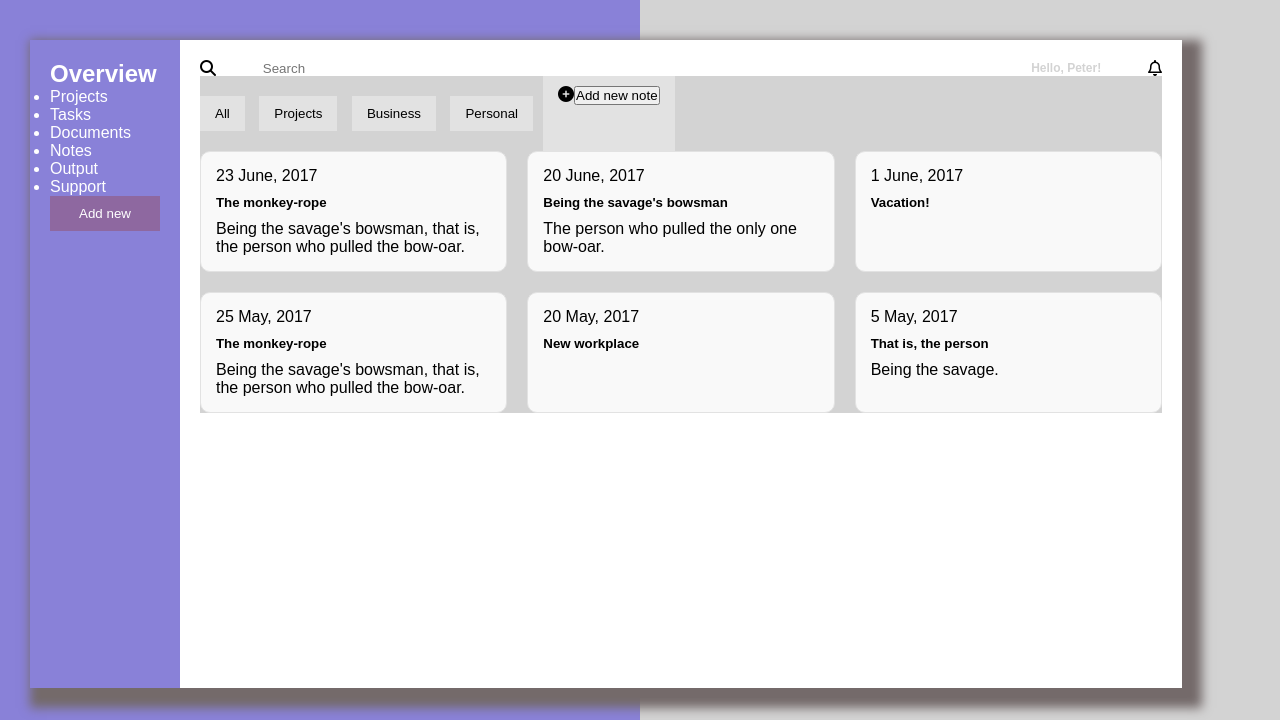
Repository: SatenikGabrielyan/HTML_CSS-_Assignment
Page: index.html
An editor plug-in stored every save of this project. The page is shown before and after the next save, followed by the edit.
The browser window is 1280 px wide. The pictures show the whole page.
Some web libraries are served in a nearby version.

Above is the page before, as saved 2025-03-17 21:11:16.

### index.html
<!DOCTYPE html>
<html lang="en">
  <head>
    <meta charset="UTF-8" />
    <meta name="viewport" content="width=device-width, initial-scale=1.0" />
    <title>Notes App</title>
    <link rel="stylesheet" href="./style.css" />
    <script src="https://kit.fontawesome.com/858d305f19.js" crossorigin="anonymous"></script>
</head>
  <body>
      <div class="cont">
          <div class="purp"></div>
          <div class="whit"></div>
      </div>
    <div class="container">
      <aside class="sidebar">
        <header>
            <h2>Overview</h2>
        </header>
        <nav>
            <ul>
                <li>Projects</li>
                <li>Tasks</li>
                <li>Documents</li>
                <li>Notes</li>
                <li>Output</li>
                <li>Support</li>
            </ul>
        </nav>
        <button class="add-new">Add new</button>
    </aside>

    <main class="main-content">
       <div class="header">
            <i class="fas fa-search"></i>  <input type="text" placeholder="Search">
            <h3>Hello, Peter!</h3> <i class="fa-regular fa-bell"></i>
    </div>
    <div class="proj">
        <div class="but">
        <div class="tabs">
            <button>All</button>
            <button>Projects</button>
            <button>Business</button>
            <button>Personal</button>
        </div>
        <div class="add">
            <i class="fa-solid fa-circle-plus"></i><button>Add new note</button>
        </div>
    </div>
        <div class="notes-grid">
            <div class="note-card">
                <h4>23 June, 2017</h4>
                <h5>The monkey-rope</h5>
                <p>Being the savage's bowsman, that is, the person who pulled the bow-oar.</p>
            </div>
            <div class="note-card">
                <h4>20 June, 2017</h4>
                <h5>Being the savage's bowsman</h5>
                <p>The person who pulled the only one bow-oar.</p>
            </div>
            <div class="note-card">
                <h4>1 June, 2017</h4>
                <h5>Vacation!</h5>
            </div>
            <div class="note-card">
                <h4>25 May, 2017</h4>
                <h5>The monkey-rope</h5>
                <p>Being the savage's bowsman, that is, the person who pulled the bow-oar.</p>
            </div>
            <div class="note-card">
                <h4>20 May, 2017</h4>
                <h5>New workplace</h5>
            </div>
            <div class="note-card">
                <h4>5 May, 2017</h4>
                <h5>That is, the person</h5>
                <p>Being the savage.</p>
            </div>
        </div>
    </div>
    </main>
    </div>

  </body>
</html>

### style.css
/* CSS Variables for Colors */
:root {
    --bg-color: #fbfbfb;
    --primary-color: #8981d8;
    --secondary-color: #d0d0d0;
    --text-color: #858499;
    --highlight-color: #7f77cc;
    --hover-color: rgba(137, 129, 216, 0.5);
  }


  * {
    margin: 0;
    padding: 0;
    box-sizing: border-box;
  }

  body {
    font-family: Arial, sans-serif;
    background-color: var(--bg-color);
    display: flex;
    height: 100vh;
  }
  .wrapper{
    position: relative;
  }
  .cont{
      display: flex;
      width: 100%;
      position: relative;
      z-index: -1;
      border-radius: 10px;
  }
.purp {
    width: 50%;
    background-color: var(--primary-color);
    flex-direction: row;
}
.whit {
    width: 50%;
    background-color: lightgray;
    flex-direction: row;
}
  .container {
    display: flex;
    width: 90%;
    height: 90%;

    box-shadow: 10px 10px 10px 10px rgb(116, 106, 106);
    margin-left: 30px;
    margin-right: 30px;
    margin-top: 40px;
    margin-bottom: 80px;
    background: center;
    position: absolute;
    z-index: 2;
  }

   .sidebar {
    width: 150px;
    background-color: var(--primary-color);
    color: #fff;
    display: flex;
    flex-direction: column;
    padding: 20px;
  }

  .main-content li {
    float: left;
  }

  .main-content li a {
    display: block;
    color: white;
    text-align: center;
    padding: 14px 16px;
    text-decoration: none;
  }

  .main-content li a:hover:not(.active) {
    background-color: #111;
  }

  .sidebar-header h2 {
    margin-bottom: 20px;
  }

  .sidebar-list {
    list-style: none;
  }

  .sidebar-list li {
    margin: 15px 0;
    display: flex;
    align-items: center;
    cursor: pointer;
  }

  .sidebar-list li i {
    margin-right: 10px;
  }

  .main-content {
    background-color: white;
    width: 200px;
    flex-grow: 1;
    padding: 20px;
    overflow-y: auto;
  }

   /* header {
    display: flex;
    justify-content: space-between;
    align-items: center;
    margin-bottom: 20px;
  } */

  /*
  .header-left p {
    font-size: 1.2em;
    color: var(--text-color);
  }

  .header-right {
    display: flex;
    align-items: center;
  }

  .header-right i {
    margin-right: 20px;
    cursor: pointer;
  }

  .add-note-btn {
    background-color: var(--primary-color);
    color: #fff;
    border: none;
    padding: 10px 20px;
    cursor: pointer;
    display: flex;
    align-items: center;
  }

  .add-note-btn i {
    margin-right: 10px;
  }


  .notes-grid {
    display: grid;
    grid-template-columns: repeat(auto-fill, minmax(300px, 1fr));
    gap: 20px;
  }

  .note-item {
    background-color: #fff;
    border-radius: 8px;
    box-shadow: 0 2px 4px rgba(0, 0, 0, 0.1);
    overflow: hidden;
    display: flex;
    flex-direction: column;
    padding: 20px;
  }

  .note-item img {
    width: 100%;
    height: auto;
    border-radius: 8px;
    margin-bottom: 15px;
  }

  .note-item p {
    color: var(--text-color);
    font-size: 1em;
    line-height: 1.5;
  }


  .sidebar-list li:hover {
    background-color: var(--highlight-color);
    transition: background-color 0.3s ease;
  }


  @media (max-width: 768px) {
    .container {
      flex-direction: column;
    }

    .sidebar {
      width: 100%;
      flex-direction: row;
      justify-content: space-around;
      padding: 10px;
    }

    .sidebar-list {
      display: flex;
      flex-direction: row;
      gap: 15px;
    }

    .sidebar-list li {
      margin: 0;
    }

    .main-content {
      padding: 10px;
    }

    header {
      flex-direction: column;
      align-items: flex-start;
    }

    .header-right {
      margin-top: 10px;
    }

    .notes-grid {
      grid-template-columns: 1fr;
    }

    .note-item {
      padding: 10px;
    }

    .note-item img {
      margin-bottom: 10px;
    }
  } */
  /* .sidebar {
    background-color: #5e4b9a;
    color: white;
    width: 300px;
    padding: 20px;
} */

/* .sidebar header {
    font-size: 24px;
}

.sidebar nav ul {
    list-style: none;
    padding: 0;
}

.sidebar nav ul li {
    margin: 15px 0;
} */

.add-new {
    background-color: #8e68a0;
    color: white;
    border: none;
    padding: 10px;
    cursor: pointer;
}

.main-content {
    flex: 1;
    padding: 20px;
    background-color: white;
}

.header {
    display: flex;
    justify-content: space-between;
    align-items: center;
    background-color: white;
    box-shadow: lightgrey;
}

.header input {
    border: none;
    margin: 0;
    width: 75%;
}

.header h3 {
    margin: 0;
    font-size: 12px;
    color: lightgrey;
}

.tabs {
    margin: 20px 0;
}
.proj {
    background-color: lightgrey;
}
.tabs button {
    margin-right: 10px;
    padding: 10px 15px;
    border: none;
    background-color: #e2e2e2;
    cursor: pointer;
}

.notes-grid {
    display: grid;
    grid-template-columns: repeat(auto-fill, minmax(240px, 1fr));
    gap: 20px;
}
.but{
    display: flex;
    flex-direction: row;
}
.add {
    margin-right: 10px;
    padding: 10px 15px;
    border: none;
    background-color: #e2e2e2;
    cursor: pointer;

}

.note-card {
    border: 1px solid #e2e2e2;
    border-radius: 10px;
    padding: 15px;
    background-color: #f9f9f9;
}

.note-card h4 {
    margin: 0;
    font-weight: normal;
}

.note-card h5 {
    margin: 10px 0;
}

After the next save:
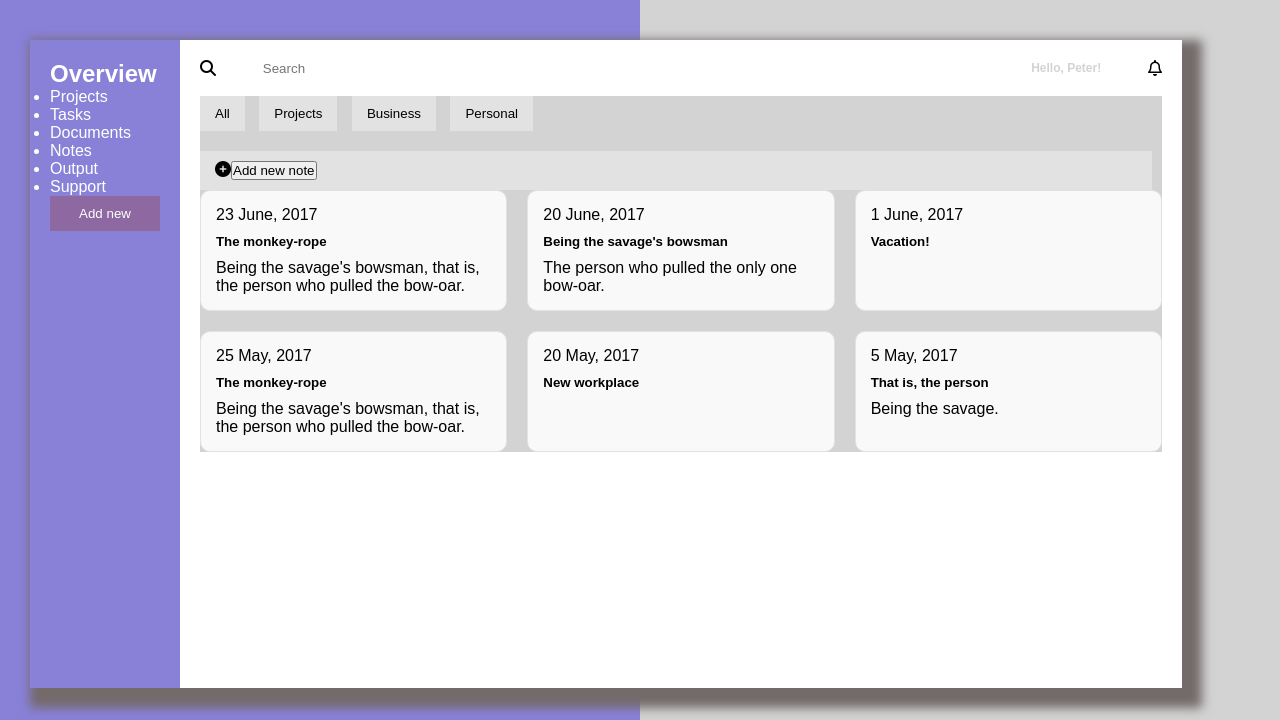
Saved 5 s later.
--- a/style.css
+++ b/style.css
@@ -302,10 +302,10 @@
     grid-template-columns: repeat(auto-fill, minmax(240px, 1fr));
     gap: 20px;
 }
-.but{
+/* .but{
     display: flex;
     flex-direction: row;
-}
+} */
 .add {
     margin-right: 10px;
     padding: 10px 15px;

After the save that followed:
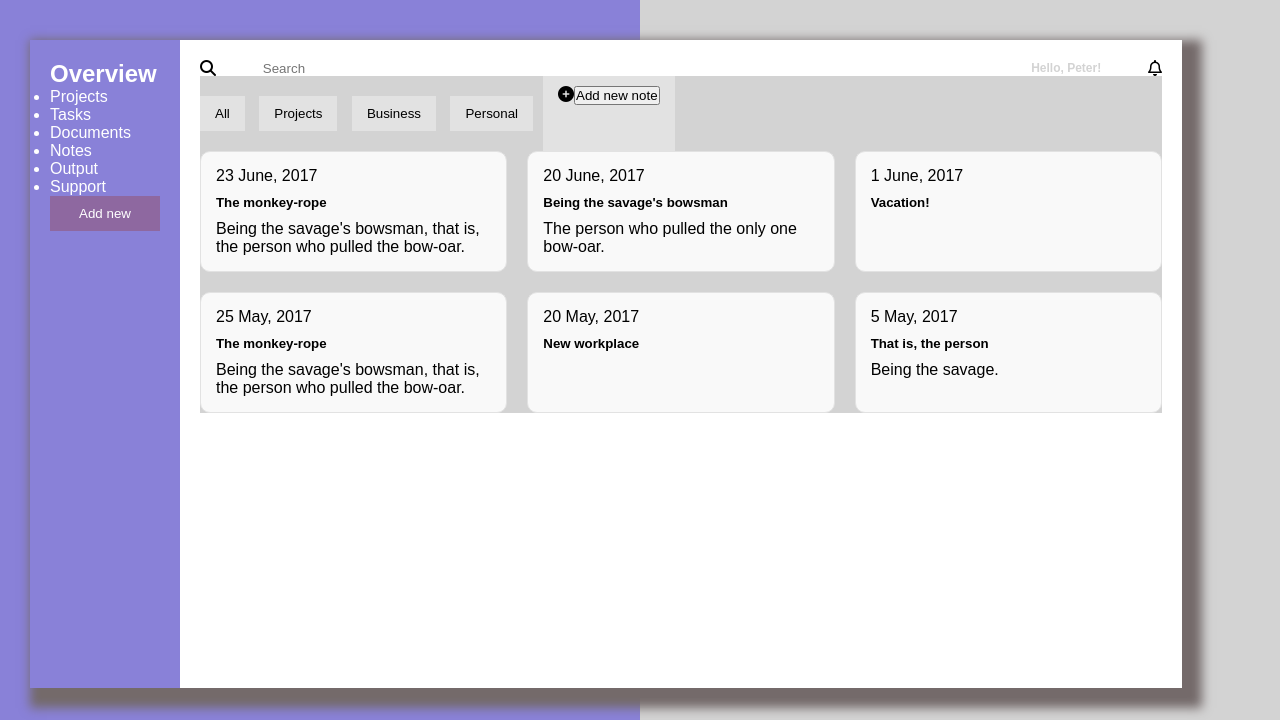
Saved 15 s later.
--- a/style.css
+++ b/style.css
@@ -302,10 +302,10 @@
     grid-template-columns: repeat(auto-fill, minmax(240px, 1fr));
     gap: 20px;
 }
-/* .but{
+.but{
     display: flex;
     flex-direction: row;
-} */
+}
 .add {
     margin-right: 10px;
     padding: 10px 15px;
